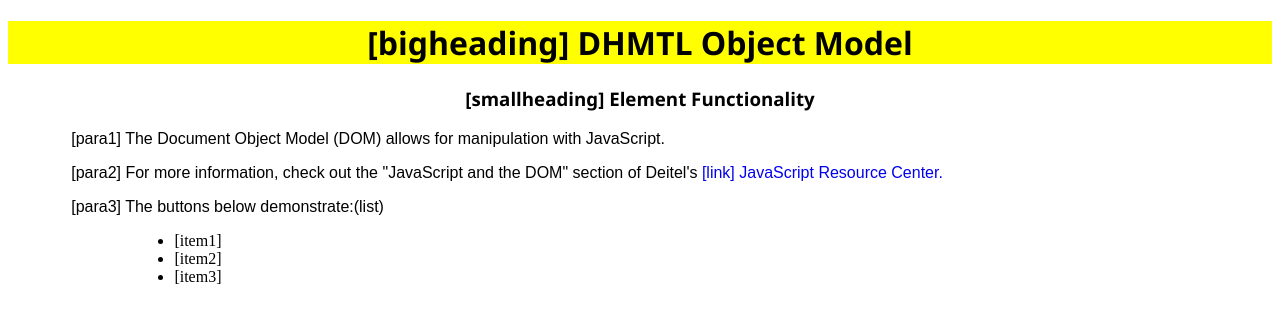
Repository: mlmEFSC21/P21-DOM-html
Page: dom.html
The author's editor kept a copy of each file at every save. The page is drawn from the files as they stood at one save, then again after the next save.
The browser window is 1280 px wide. The pictures show the whole page.

Above is the page before, as saved 2022-04-13 14:47:29.

### dom.html
<!DOCTYPE html>
<!-- Fig. 12.4: dom.html -->
<!-- Basic DOM functionality -->
<html lang="en">
    <head>
        <meta charset="UTF-8" />
        <meta http-equiv="X-UA-Compatible" content="IE=edge" />
        <meta name="viewport" content="width=device-width, initial-scale=1.0" />
        <title>Basic DOM Functionality</title>
        <link rel="stylesheet" href="style.css" />
        <script src="dom.js"></script>
    </head>
    <body>
        <h1 id="bigheading" class="highlighted">[bigheading] DHMTL Object Model</h1>
        <h3 id="smallheading">[smallheading] Element Functionality</h3>
        <p id="para1">
            [para1] The Document Object Model (DOM) allows for manipulation with JavaScript.
        </p>
        <p id="para2">
            [para2] For more information, check out the "JavaScript and the DOM" section of Deitel's
            <a href="https://deitel.com/javascript" id="link">[link] JavaScript Resource Center.</a>
        </p>
        <p id="para3">[para3] The buttons below demonstrate:(list)</p>
        <ul id="list">
            <li id="item1">[item1]</li>
            <li id="item2">[item2]</li>
            <li id="item3">[item3]</li>
        </ul>
    </body>
</html>

### style.css
/* Fig. 12.3: style.css */
/* CSS for dom.html */

h1,
h3 {
    text-align: center;
    font-family: "Segoe UI", Tahoma, Geneva, Verdana, sans-serif;
}
p {
    margin-left: 5%;
    margin-right: 5%;
    font-family: arial, helvetica, sans-serif;
}
ul {
    margin-left: 10%;
}
a {
    text-decoration: none;
}
a:hover {
    text-decoration: underline;
}
.nav {
    width: 100%;
    border-top: 3px dashed blue;
    padding-top: 10px;
}
.highlighted {
    background-color: yellow;
}
input {
    width: 150px;
}
form > p {
    margin: 0px;
}

Loaded but not shown: dom.js (no copy from this time; the picture is the same without it)

After the next save:
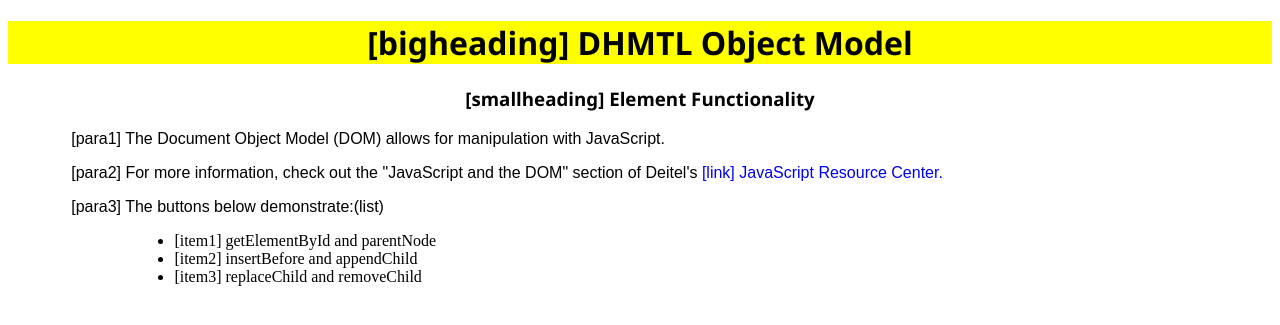
Saved 45 s later.
--- a/dom.html
+++ b/dom.html
@@ -22,9 +22,9 @@
         </p>
         <p id="para3">[para3] The buttons below demonstrate:(list)</p>
         <ul id="list">
-            <li id="item1">[item1]</li>
-            <li id="item2">[item2]</li>
-            <li id="item3">[item3]</li>
+            <li id="item1">[item1] getElementById and parentNode</li>
+            <li id="item2">[item2] insertBefore and appendChild</li>
+            <li id="item3">[item3] replaceChild and removeChild</li>
         </ul>
     </body>
 </html>
